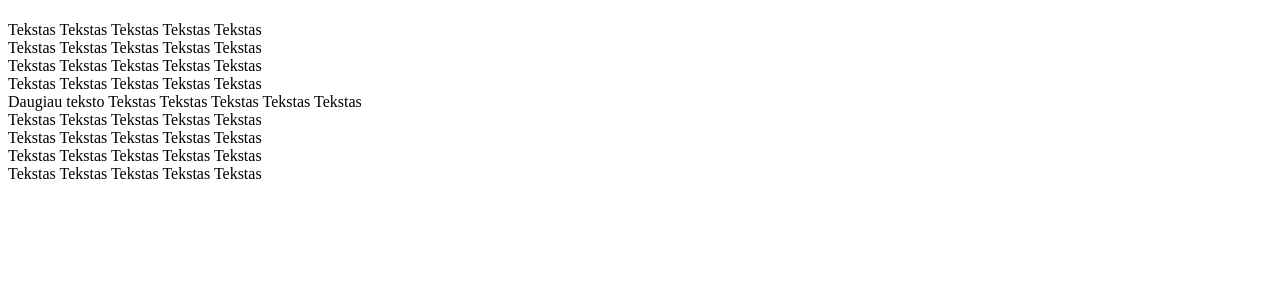
Repository: motiejus1/01-paskait
Page: pirmas.html
The author's editor kept a copy of each file at every save. The page is drawn from the files as they stood at one save, then again after a run of saves.
The browser window is 1280 px wide. The pictures show the whole page.

Above is the page before, as saved 2021-05-31 20:20:30.

After the next 2 saves:
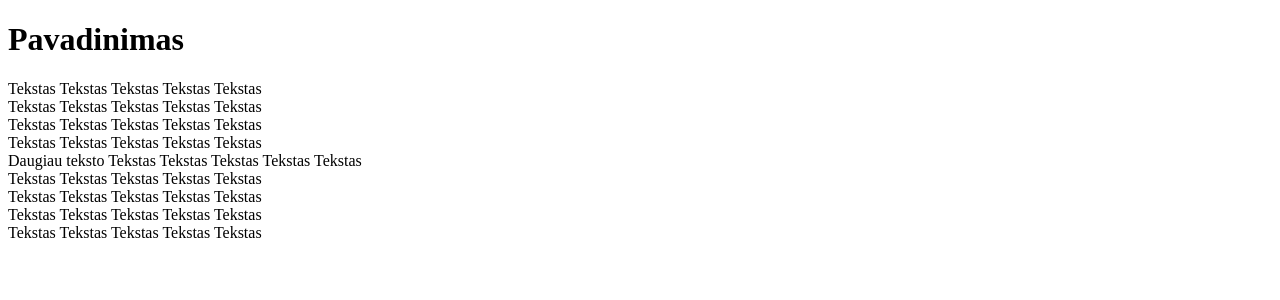
The 2 saves are shown as one change because they came seconds apart.
The last was saved 6 s later.
--- a/pirmas.html
+++ b/pirmas.html
@@ -10,7 +10,7 @@
 
     <body>
 
-        <h1></h1>
+        <h1>Pavadinimas</h1>
 
         Tekstas Tekstas Tekstas Tekstas Tekstas<br>
         Tekstas Tekstas Tekstas Tekstas Tekstas<br>
